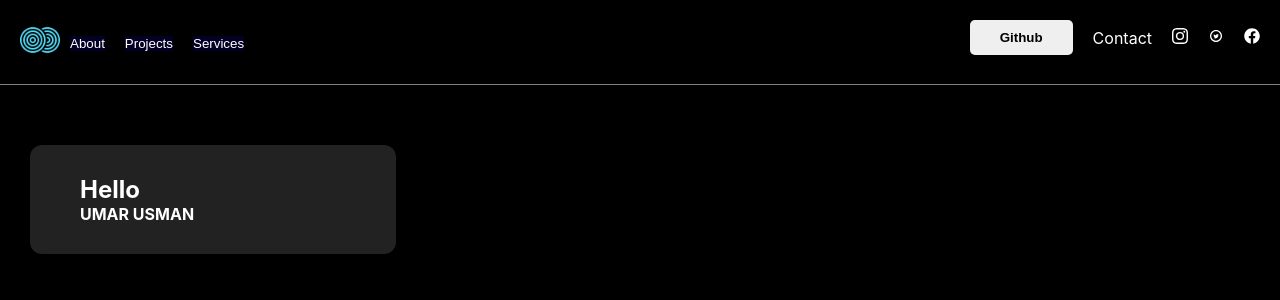
Repository: uh-sman/Portfolio
Page: /
An editor plug-in stored every save of this project. The page is shown before and after the next save, followed by the edit.
The browser window is 1280 px wide. The pictures show the whole page.
The project was rebuilt for these pictures with package versions that can differ from the ones it lists, and the page was loaded fresh each time. Also part of the build but not shown: src/components/Projects.jsx, src/components/Services.jsx.

Above is the page before, as saved 2022-11-18 20:28:52.

After the next save:
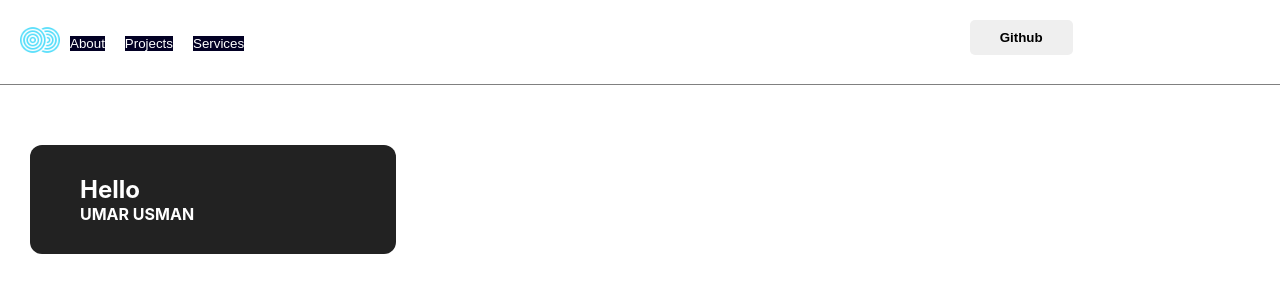
Saved 50 s later.
--- a/src/App.css
+++ b/src/App.css
@@ -13,5 +13,5 @@
     rgba(4, 14, 33, 1) 90%,
     rgba(5, 52, 61, 1) 100%
   ); */
-  background: #000;
+  background: #000 0.5;
 }

After the 2 saves that followed:
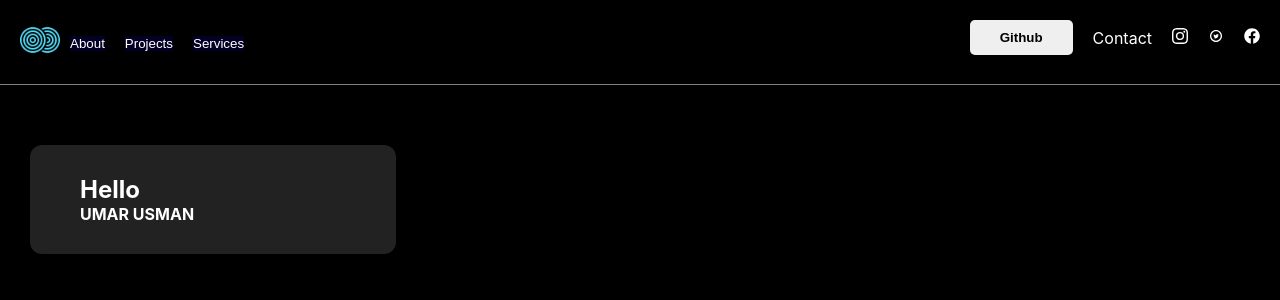
The 2 saves are shown as one change because 1 left the picture as it was.
The last was saved 21 s later.
--- a/src/App.css
+++ b/src/App.css
@@ -13,5 +13,5 @@
     rgba(4, 14, 33, 1) 90%,
     rgba(5, 52, 61, 1) 100%
   ); */
-  background: #000 0.5;
+  background: #000;
 }
